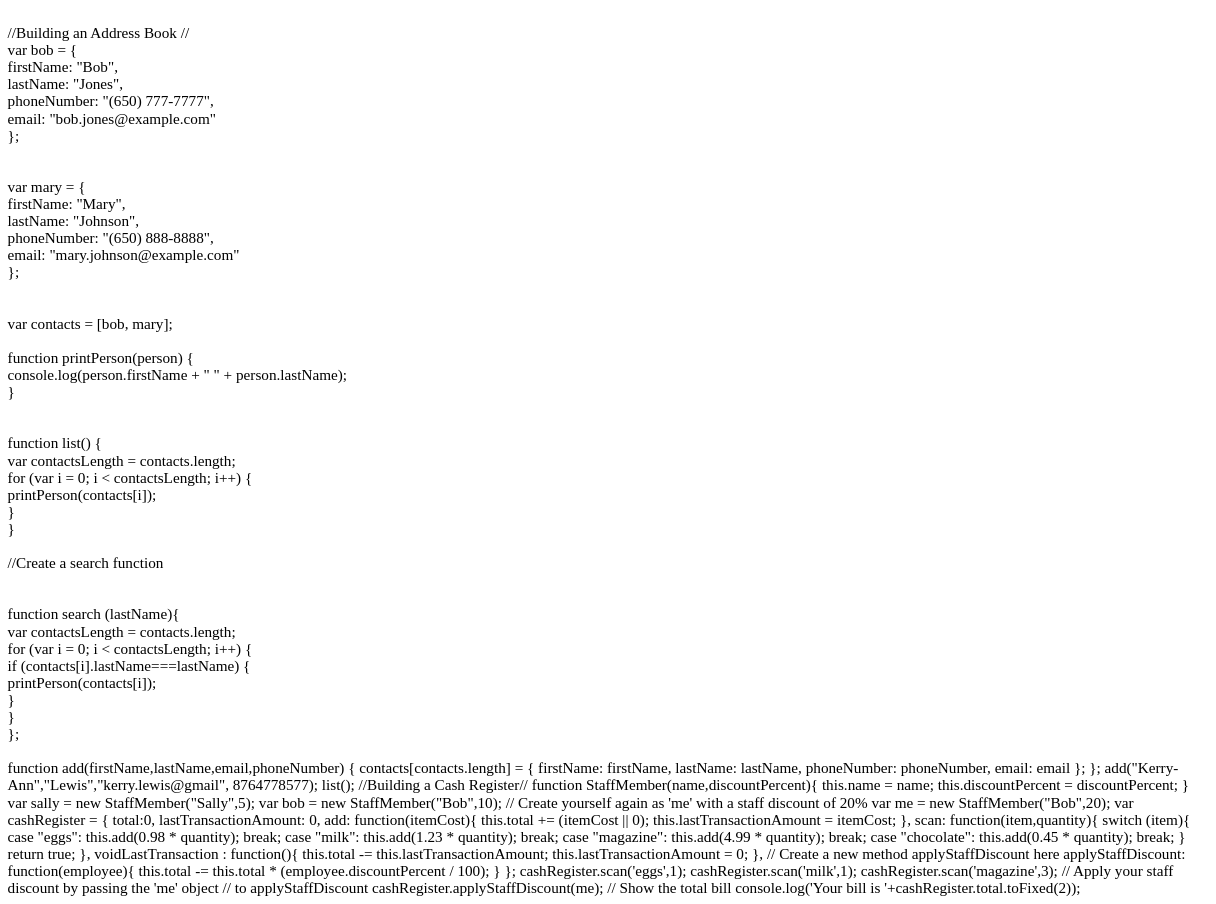
Repository: kernicole/info2180project1
Page: script.html
The author's editor kept a record of every edit. The page is drawn from the files as they stood at one moment, then again after the next edit.
The browser window is 1280 px wide. The pictures show the whole page, at 95% of full size.

Above is the page before.

After the next edit:
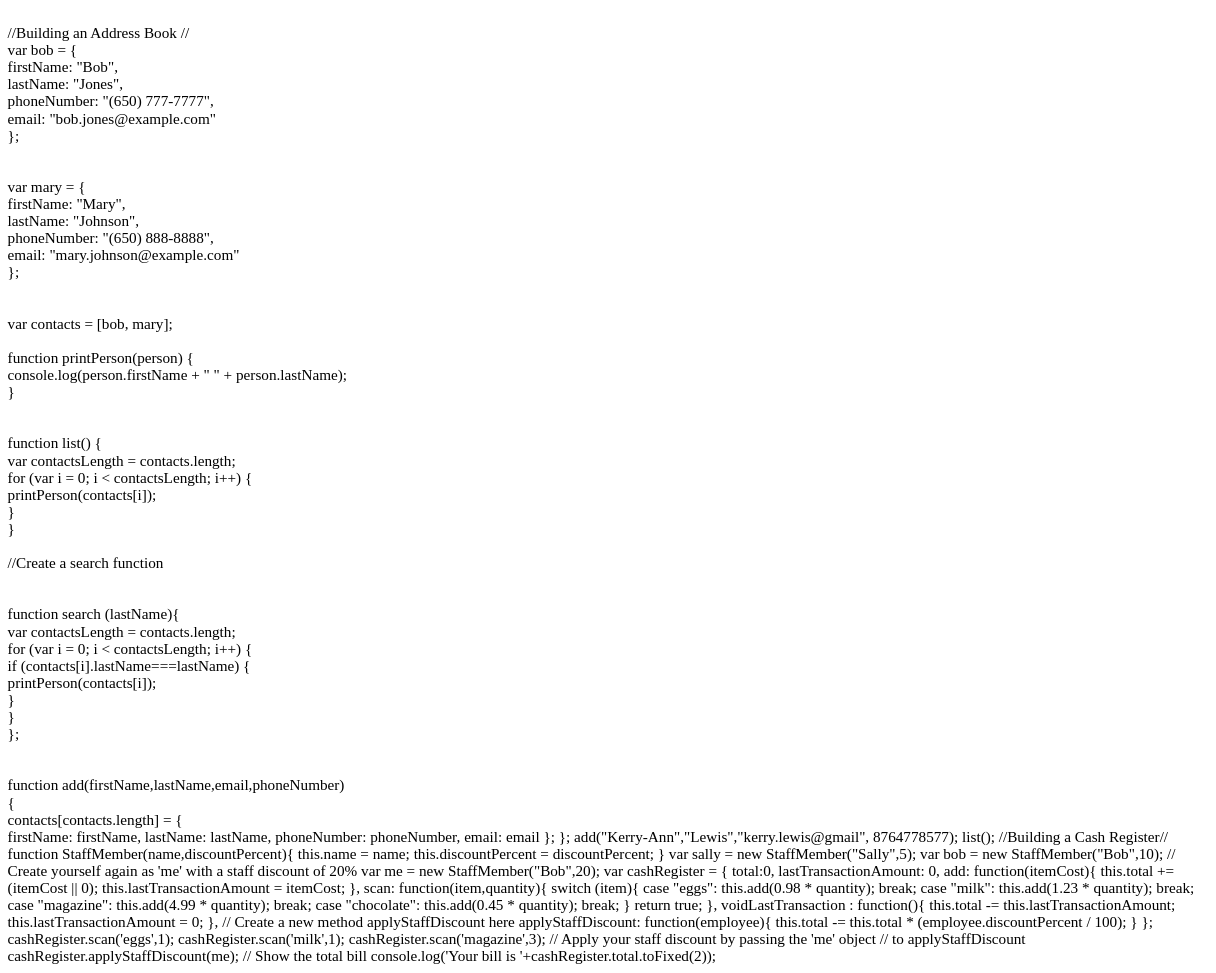
The edit:
--- a/script.html
+++ b/script.html
@@ -49,10 +49,10 @@
 <br/>
 <br/>
 
-function add(firstName,lastName,email,phoneNumber)
-{
-    contacts[contacts.length] = {
-    firstName: firstName,
+<br/>function add(firstName,lastName,email,phoneNumber)
+<br/>{
+<br/>    contacts[contacts.length] = {
+<br/>    firstName: firstName,
     lastName: lastName,
     phoneNumber: phoneNumber,
     email: email
